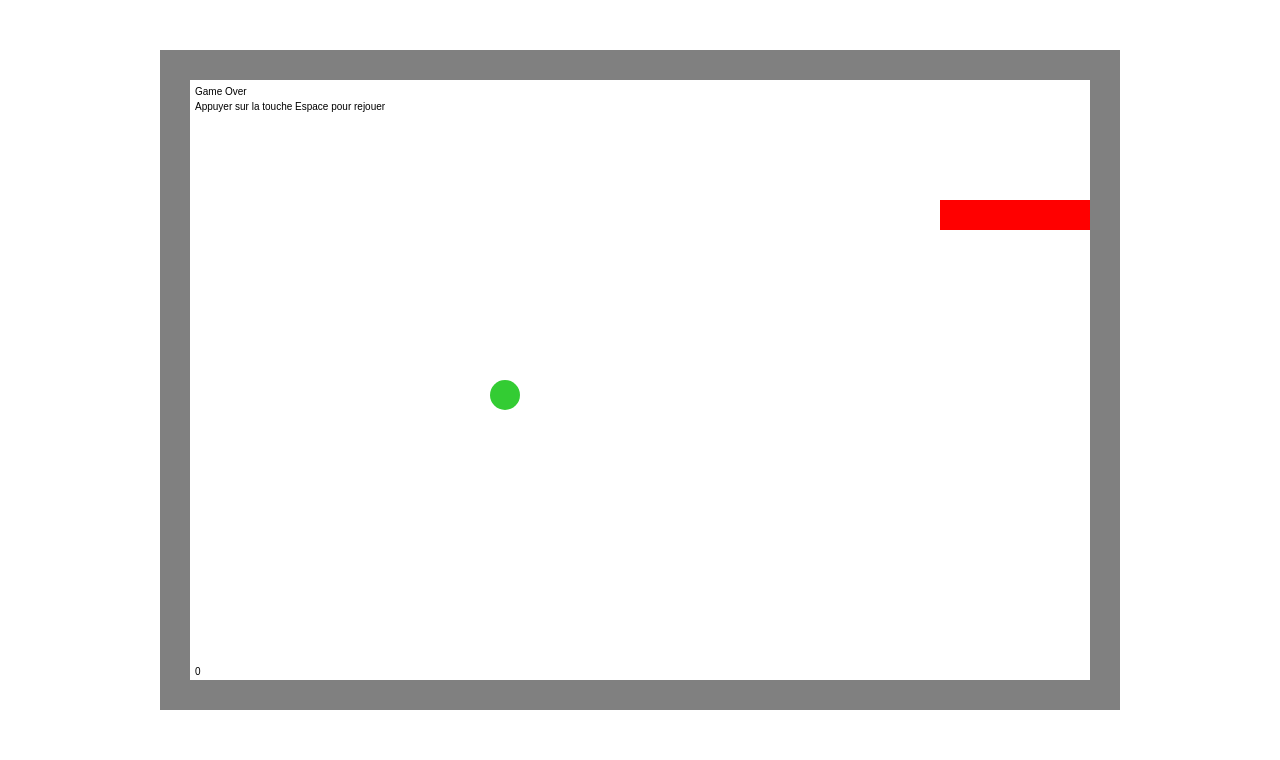
Repository: 0Memo/serpent
Page: index.html
The author's editor kept a copy of each file at every save. The page is drawn from the files as they stood at one save, then again after the next save.
The browser window is 1280 px wide. The pictures show the whole page.

Above is the page before, as saved 2020-12-16 22:09:40.

After the next save:
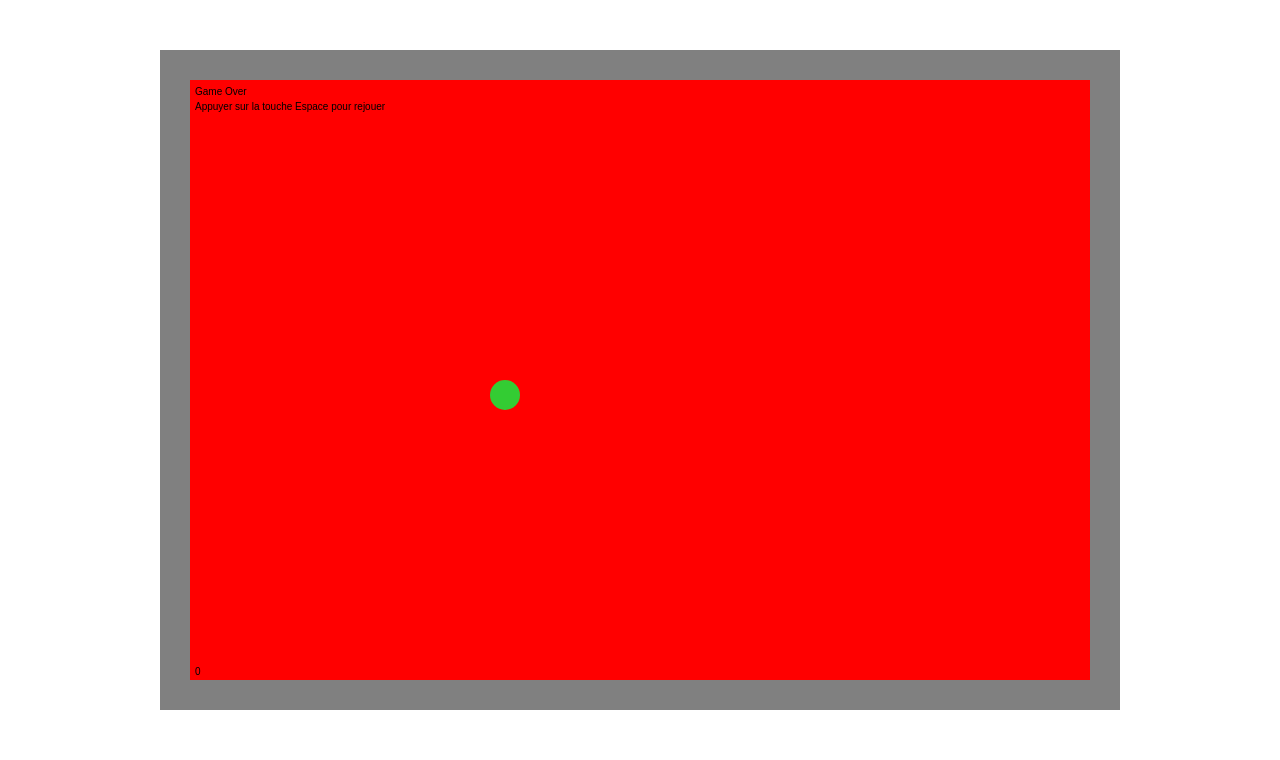
Saved 49 s later.
--- a/js/script.js
+++ b/js/script.js
@@ -19,6 +19,7 @@ window.onload = function(){
         canvas.style.border = "30px solid gray";
         canvas.style.margin = "50px auto";
         canvas.style.display = "block";
+        canvas.style.backgroundColor = "red";
         document.body.appendChild(canvas);
         ctx = canvas.getContext('2d');
         snakey = new snake([[6,4], [5,4], [4,4], [3,4], [2, 4]], "right");
